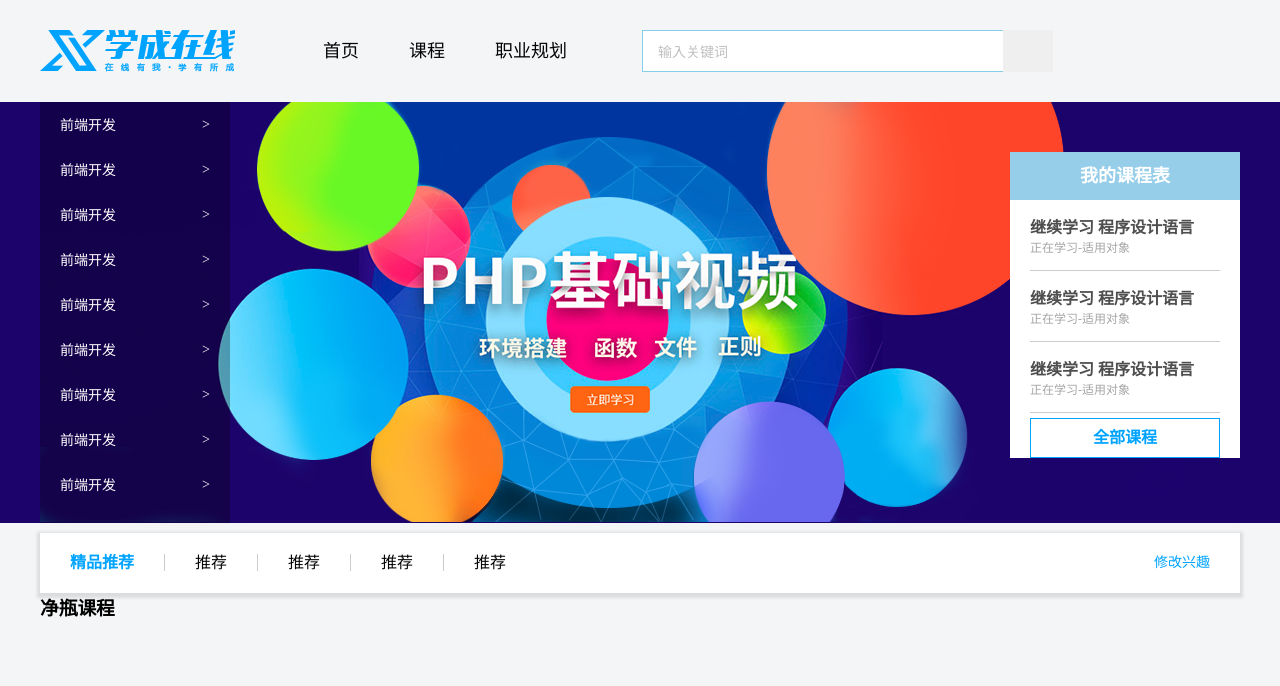
Repository: R1Deemo/Web-Project
Page: index..html
The author's editor kept a copy of each file at every save. The page is drawn from the files as they stood at one save, then again after the next save.
The browser window is 1280 px wide. The pictures show the whole page.

Above is the page before, as saved 2022-03-09 19:12:01.

### index..html
<!DOCTYPE html>
<html lang="en">

<head>
    <meta charset="UTF-8">
    <meta http-equiv="X-UA-Compatible" content="IE=edge">
    <meta name="viewport" content="width=device-width, initial-scale=1.0">
    <title>测试页面</title>
    <link rel="stylesheet" href="style.css">
</head>

<body>
    <!--头部模块 -->
    <div class="header w">
        <div class="logo">
            <img src="images/学成在线.png" alt="">
        </div>
        <!-- 实际开发中要用li+a的做法做导航栏 -->
        <div class="nav">
            <ul>
                <li>
                    <a href="#">首页</a>
                </li>
                <li>
                    <a href="#">课程</a>
                </li>
                <li>
                    <a href="#">职业规划</a>
                </li>

            </ul>
        </div>
        <!-- 搜索模块 -->
        <div class="search">
            <input type="text" value="输入关键词">
            <button></button>

        </div>

    </div>
    <!-- 头部区域结束 -->
    <!-- banner部分开始 -->
    <div class="banner">
        <div class="w">
            <div class="subnav">
                <ul>
                    <li><a href="#">前端开发<span>&gt</span></a></li>
                    <li><a href="#">前端开发<span>&gt</span></a></li>
                    <li><a href="#">前端开发<span>&gt</span></a></li>
                    <li><a href="#">前端开发<span>&gt</span></a></li>
                    <li><a href="#">前端开发<span>&gt</span></a></li>
                    <li><a href="#">前端开发<span>&gt</span></a></li>
                    <li><a href="#">前端开发<span>&gt</span></a></li>
                    <li><a href="#">前端开发<span>&gt</span></a></li>
                    <li><a href="#">前端开发<span>&gt</span></a></li>

                </ul>

            </div>
            <div class="course">
                <h2>我的课程表</h2>
                <div class="bd">
                    <ul>
                        <li>
                            <h4>继续学习 程序设计语言</h4>
                            <p>正在学习-适用对象</p>
                        </li>
                        <li>
                            <h4>继续学习 程序设计语言</h4>
                            <p>正在学习-适用对象</p>
                        </li>
                        <li>
                            <h4>继续学习 程序设计语言</h4>
                            <p>正在学习-适用对象</p>
                        </li>
                    </ul>
                    <a href="#" class="more">全部课程</a>
                </div>

            </div>
        </div>

    </div>
    <!-- banner区域结束 -->
    <!-- 精品推荐模块开始 -->
    <div class="goods w">
        <h3>精品推荐</h3>
        <ul>
            <li><a href="#">推荐</a></li>
            <li><a href="#">推荐</a></li>
            <li><a href="#">推荐</a></li>
            <li><a href="#">推荐</a></li>

        </ul>
        <a href="#" class="mod">修改兴趣</a>
    </div>
    <div class="box w">
        <div class="box-hd">
            <h3>净瓶课程</h3>
            <a href="#"></a>
        </div>
        <div class="box-bd">

        </div>
    </div>



</body>

</html>

### style.css
* {
    margin: 0;
    padding: 0;
}

.w {
    width: 1200px;
    margin: 0 auto;
}

body {
    background-color: #f3f5f7;
}

li {
    list-style: none;
}

a {
    text-decoration: none;
}

.header {
    height: 42px;
    /* background-color: pink; */
    margin: 30px auto;
}

.logo {
    float: left;
    width: 198px;
    height: 42px;
}

.nav {
    float: left;
    margin-left: 60px;
}

.nav ul li {
    float: left;
    margin: 0 15px;
}

.nav ul li a {
    display: block;
    height: 42px;
    padding: 0 10px;
    line-height: 42px;
    font-size: 18px;
    color: #050505;
}

.nav ul li a:hover {
    border-bottom: 2px solid #00a4ff;
}

.search {
    float: left;
    width: 412px;
    height: 42px;
    margin-left: 50px;
}

.search input {
    float: left;
    width: 345px;
    height: 40px;
    border: 1px solid skyblue;
    border-right: 0;
    color: #bfbfbf;
    font-size: 14px;
    padding-left: 15px;
}

.search button {
    float: left;
    width: 50px;
    height: 42px;
    border: 0;
    /* background: url(images/搜索.png); */
}

.banner {
    background-color: #1c036c;
    height: 421px;
}

.banner .w {
    background: url(images/banner2.png) no-repeat top center;
    height: 421px;
}

.subnav {
    float: left;
    width: 190px;
    height: 421px;
    background-color: rgba(0, 0, 0, .3);
}

.subnav ul li {
    height: 45px;
    line-height: 45px;
    padding: 0 20px;
}

.subnav ul li a {
    font-size: 14px;
    color: #fff;
}

.subnav ul li a span {
    float: right;
}

.subnav ul li a:hover {
    color: #00a4ff;
}

.course {
    float: right;
    margin-top: 50px;
    width: 230px;
    height: 300px;
    /* background-color: #fff; */
}

.course h2 {
    height: 48px;
    background-color: #96ceea;
    font-size: 18px;
    line-height: 48px;
    text-align: center;
    color: #fff;
}

.bd {
    padding: 0 20px;
    background-color: white;
}

.bd ul li h4 {
    font-size: 16px;
    color: #4e4e4e;
}

.bd ul li p {
    font-size: 12px;
    color: #a5a5a5;
}

.bd ul li {
    border-bottom: 1px solid #ccc;
    padding: 14px 0;
}

.bd .more {
    display: block;
    margin-top: 5px;
    height: 38px;
    border: 1px solid #00a4ff;
    text-align: center;
    line-height: 38px;
    color: #00a4ff;
    font-size: 16px;
    font-weight: 700;
}

.goods {
    height: 60px;
    background-color: #fff;
    box-shadow: 0 2px 3px 3px rgba(0, 0, 0, .1);
    margin-top: 10px;
    line-height: 60px;
}

.goods h3 {
    float: left;
    margin-left: 30px;
    color: #00a4ff;
    font-size: 16px;
}

.goods ul {
    float: left;
    margin-left: 30px;
}

.goods ul li {
    float: left;
}

.goods ul li a {
    padding: 0 30px;
    font-size: 16px;
    color: #050505;
    border-left: 1px solid #ccc;
}

.mod {
    float: right;
    margin-right: 30px;
    font-size: 14px;
    color: #00a4ff;
}

After the next save:
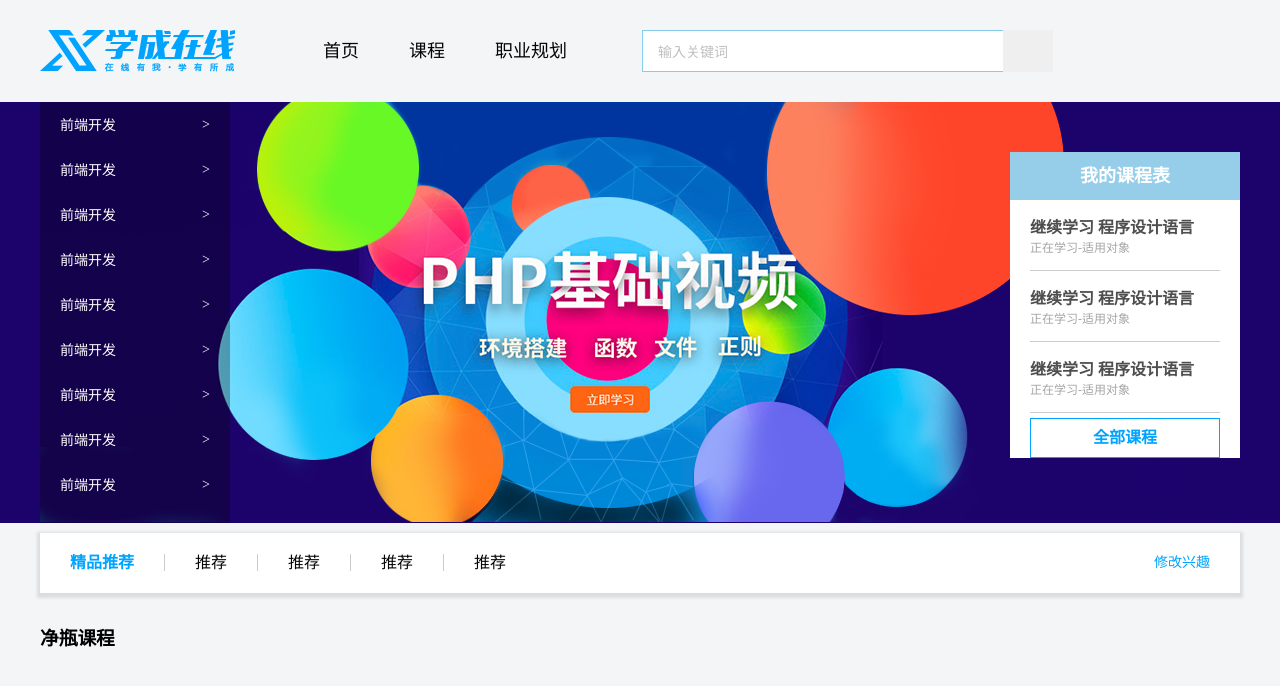
Saved 3 min 59 s later.
--- a/style.css
+++ b/style.css
@@ -203,3 +203,15 @@
     font-size: 14px;
     color: #00a4ff;
 }
+
+.box {
+    margin-top: 30px;
+}
+
+.box-hd h3 {
+    float: left;
+}
+
+.box-bd a {
+    float: right;
+}
